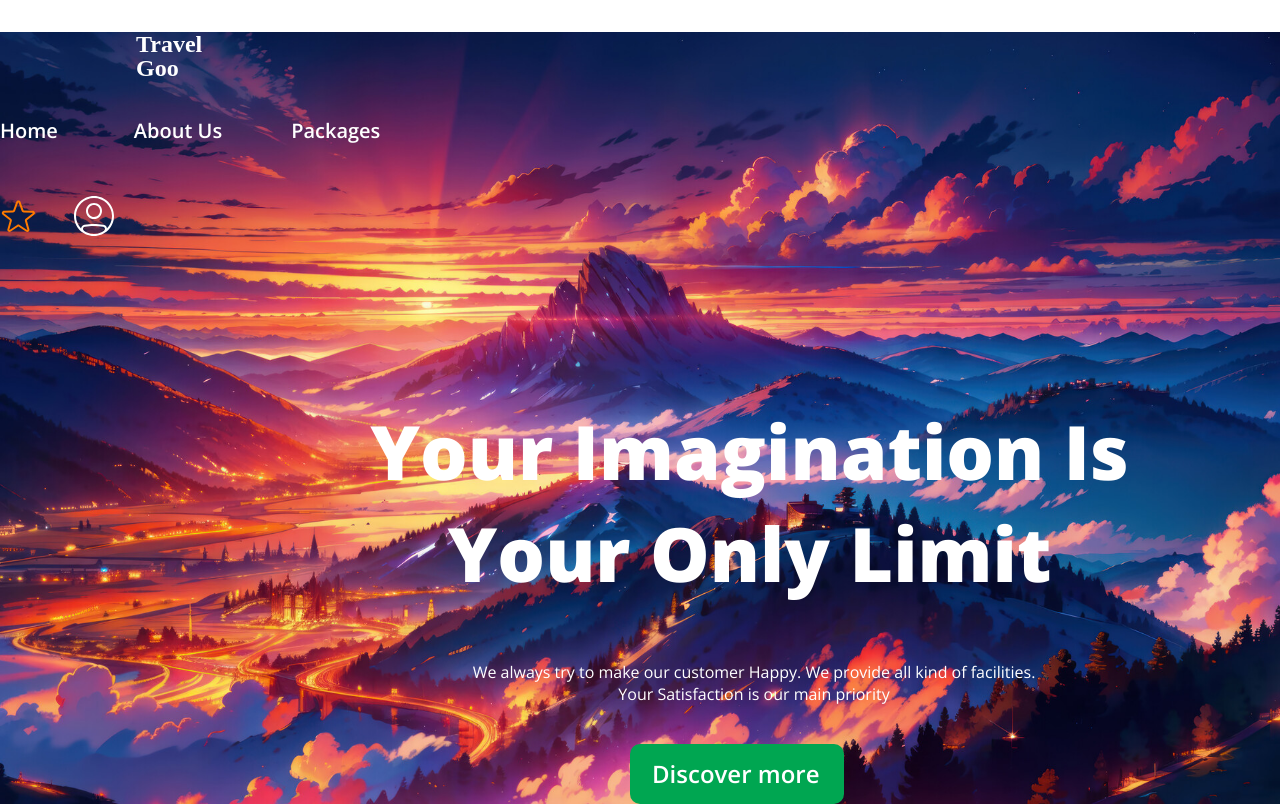
Repository: HeybetzadeQedim/task-3
Page: index.html
The author's editor kept a copy of each file at every save. The page is drawn from the files as they stood at one save, then again after the next save.
The browser window is 1280 px wide. The pictures show the whole page.
Some web fonts or font styles are not loaded; a fallback is used.

Above is the page before, as saved 2023-10-07 13:42:50.

After the next save:
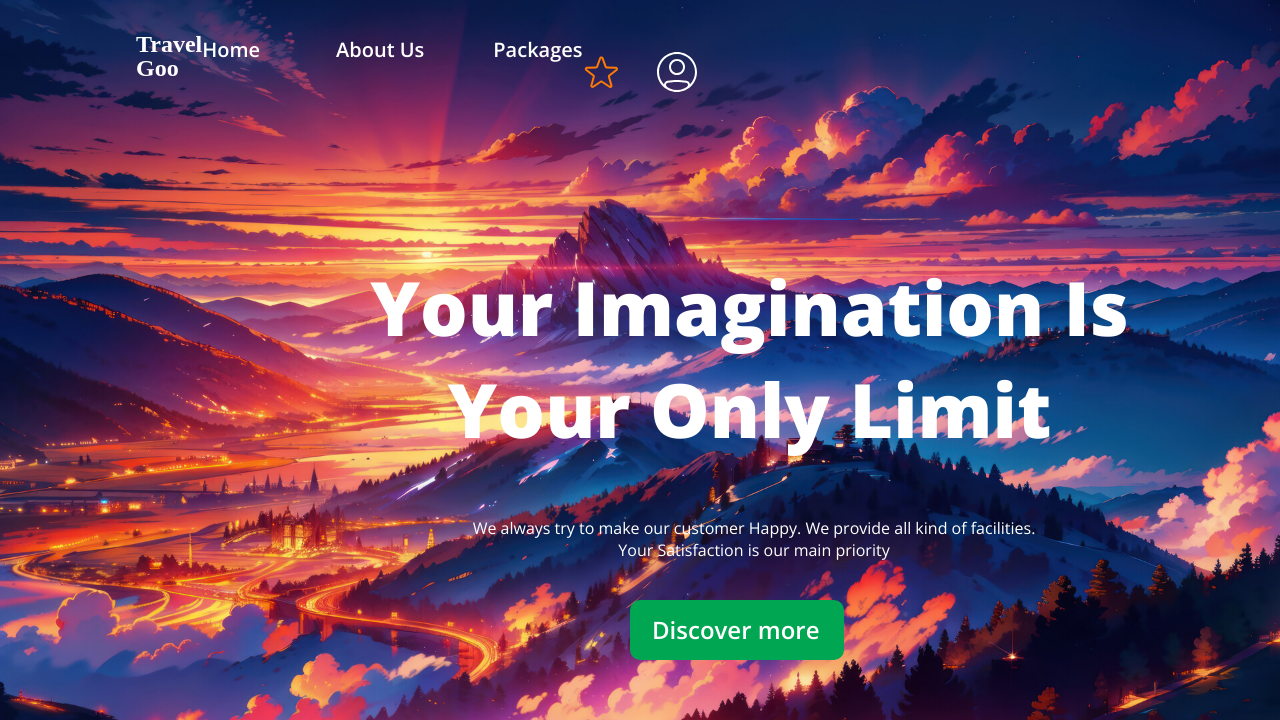
Saved 4 s later.
--- a/index.css
+++ b/index.css
@@ -9,7 +9,7 @@
   min-height: 100vh;
   background-size: 100% 100%;
 }
-.main-container {
+nav {
   display: flex;
 }
 .text-1 {
